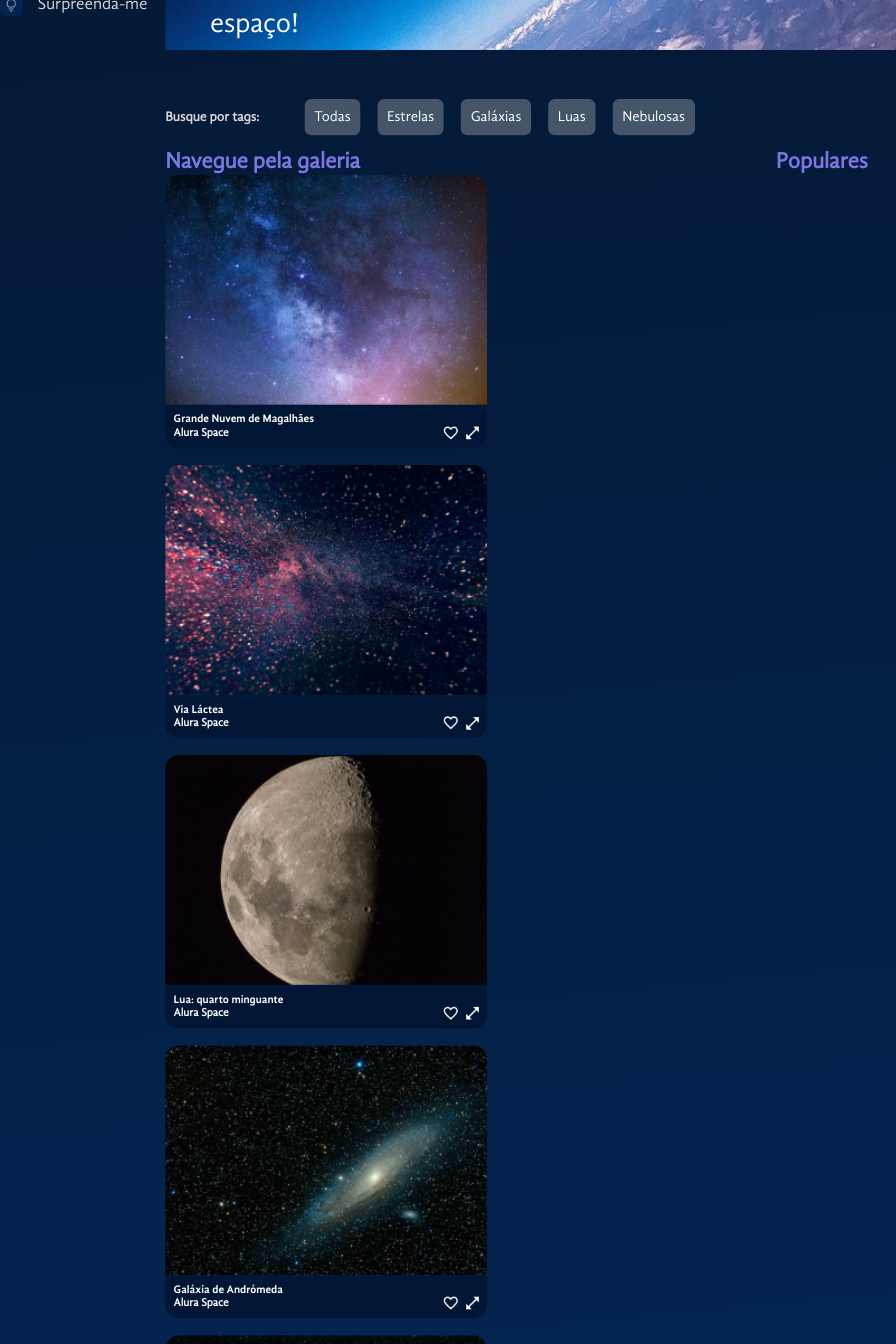
Repository: guilhermecardoso93/space-app-alura
Page: /
An editor plug-in stored every save of this project. The page is shown before and after the next save, followed by the edit.
The browser window is 1280 px wide. The pictures show the part of the page from y = 408 to 2328 px (the page is 4778 px tall before and 4794 px after), at 70% of full size.
The project was rebuilt for these pictures with package versions that can differ from the ones it lists, and the page was loaded fresh each time. Also part of the build but not shown: vite.config.js.

Above is the page before, as saved 2024-06-21 21:05:54.

After the next save:
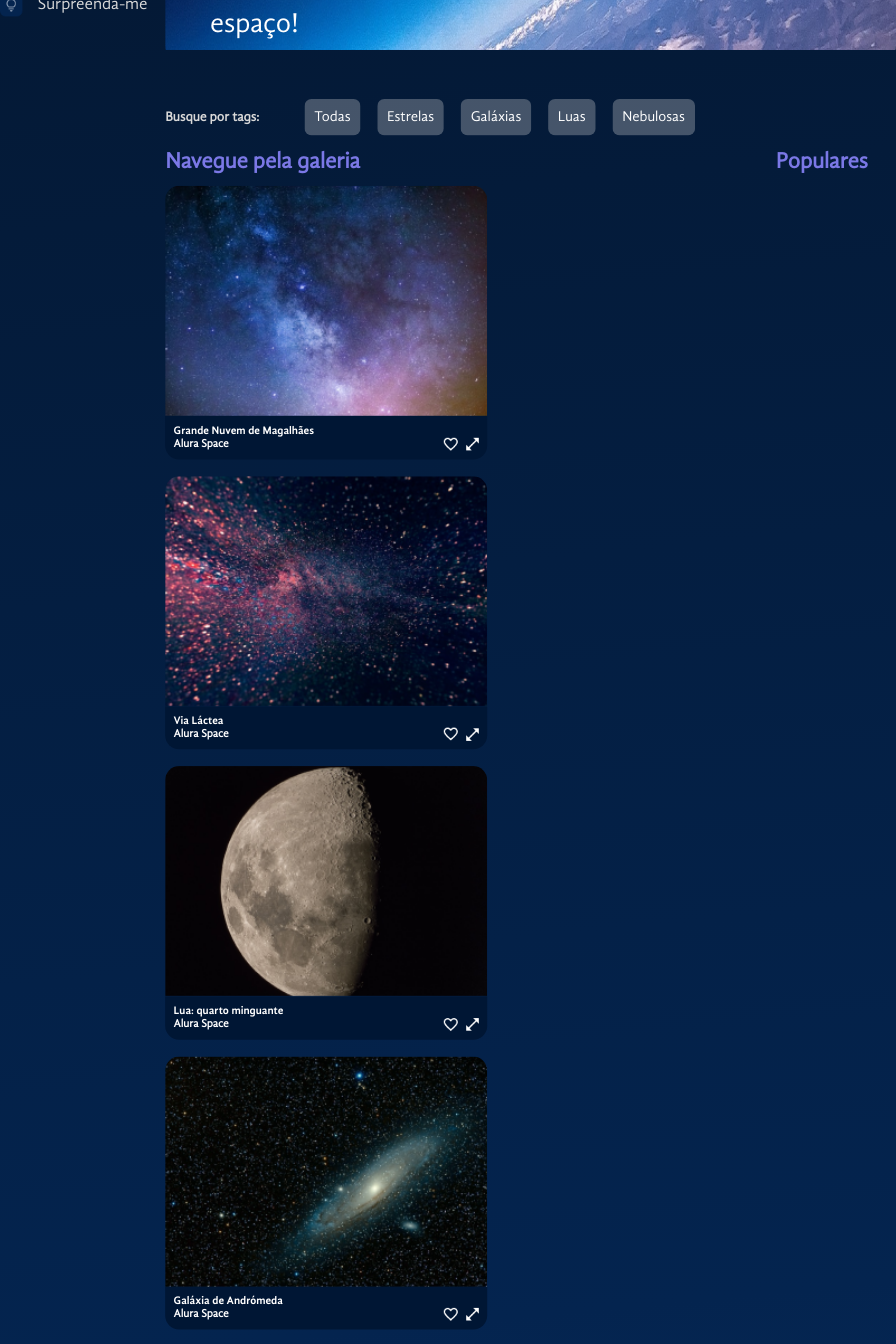
Saved 22 s later.
--- a/src/components/Gallery/styles.js
+++ b/src/components/Gallery/styles.js
@@ -14,4 +14,5 @@ export const ImagensContainer = styled.section`
   justify-content: space-between;
   flex-wrap: wrap;
   gap: 24px;
+  margin-top: 1rem;
 `;
